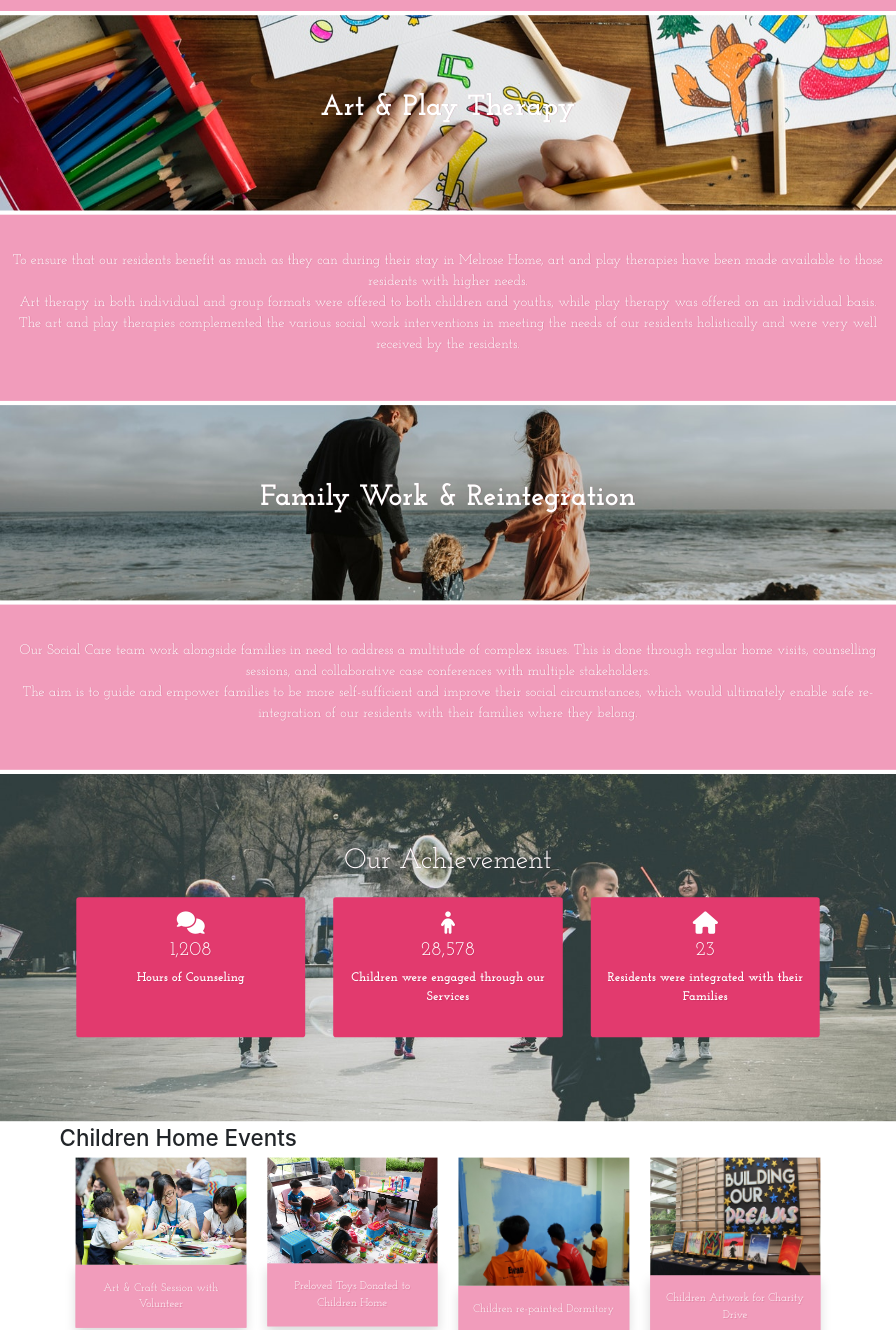
Repository: Code-Institute-Submissions/Jasonngyt-Project1
Page: services.html
The author's editor kept a record of every edit. The page is drawn from the files as they stood at one moment, then again after the next edit.
The browser window is 1280 px wide. The pictures show the part of the page from y = 674 to 2574 px (the page is 2914 px tall), at 70% of full size.
A picture or video elsewhere on the page could not be fetched, so the positions and the page height are approximate. Backgrounds fixed to the window are drawn as part of the page. Some web fonts or font styles are not loaded; a fallback is used. Some web libraries are served in a nearby version.

Above is the page before.

After the next edit:
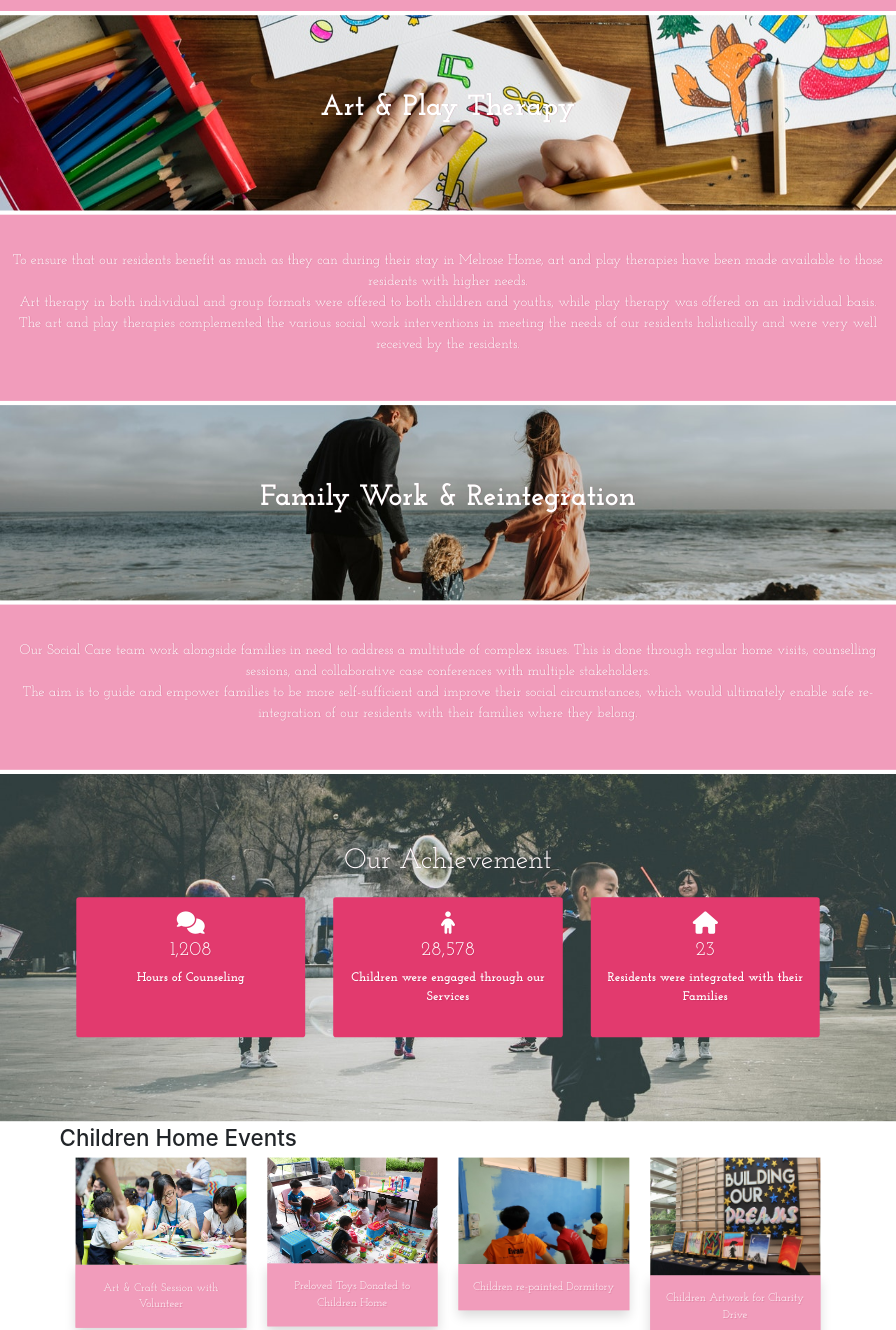
The edit:
--- a/services.html
+++ b/services.html
@@ -103,7 +103,7 @@
             <div class="col-sm-5 col-md-3 card-img-top"><img src ="image/Toy_Donation.png" class ="w-100">
                 <div class="card-body text-center shadow event_style">Preloved Toys Donated to  Children Home</div>
             </div>
-            <div class="col-sm-5 col-md-3 card-img-top"><img src ="image/home_refurbish.jpg" class ="w-100">
+            <div class="col-sm-5 col-md-3 card-img-top"><img src ="image/home_refurbish.jpg" class ="w-100" style="height:152px;">
                 <div class="card-body text-center shadow event_style">Children re-painted Dormitory</div>
             </div>
             <div class="col-sm-5 col-md-3 card-img-top"><img src ="image/children_artwork.jpg" class ="w-100">
